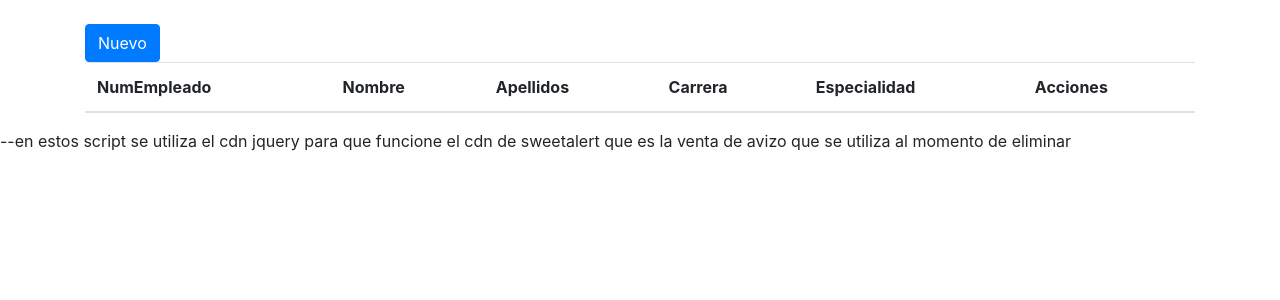
Repository: joseadolfomartinezolvera/proyecto
Page: http://localhost/index
An editor plug-in stored every save of this project. The page is shown before and after the next save, followed by the edit.
The browser window is 1280 px wide. The pictures show the whole page.
The page is this project's Thymeleaf template; nobody is signed in. The template is opened directly, without the code that normally fills it, so the values that code supplies are empty.

Above is the page before, as saved 2020-03-10 01:32:46.

### CrudSpringBoot/src/main/resources/templates/index.html
<!DOCTYPE html>
<html xmls:th="http://www.thymeLeaf.org">
<head>
<meta charset="ISO-8859-1">
<title>Insert title here</title>
<link rel="stylesheet" href="https://stackpath.bootstrapcdn.com/bootstrap/4.4.1/css/bootstrap.min.css" integrity="sha384-Vkoo8x4CGsO3+Hhxv8T/Q5PaXtkKtu6ug5TOeNV6gBiFeWPGFN9MuhOf23Q9Ifjh" crossorigin="anonymous">
</head>
<body>
<div class="container mt-4">
<a th:href="@{/new}" class="btn btn-primary">Nuevo</a>
<table class="table">
<thead>
<tr>
<th>NumEmpleado</th>
<th>Nombre</th>
<th>Apellidos</th>
<th>Carrera</th>
<th>Especialidad</th>
<th>Acciones</th>
</tr>
</thead>
<tbody>
<tr th:each="profesor:${profesores}">
<td th:text="${profesor.id}"></td>
<td th:text="${profesor.nombre}"></td>
<td th:text="${profesor.apellidos}"></td>
<td th:text="${profesor.carrera}"></td>
<td th:text="${profesor.especialidad}"></td>
<td>
<a th:href="@{/editar/}+${profesor.id}" class="btn btn-warning">Editar</a>
<a th:onclick="eliminar([[${profesor.id}]])" class="btn btn-danger">Eliminar</a>
</td>
</tr>
</tbody>
</table>
</div>
--en estos script se utiliza el cdn jquery para que funcione el cdn de sweetalert que es la venta de avizo que se utiliza al momento de eliminar
<script src="https://code.jquery.com/jquery-3.4.1.js"></script>
<script src="https://unpkg.com/sweetalert/dist/sweetalert.min.js"></script>
<scrip src="funciones.js"></scrip>
</body>
</html>

After the next save:
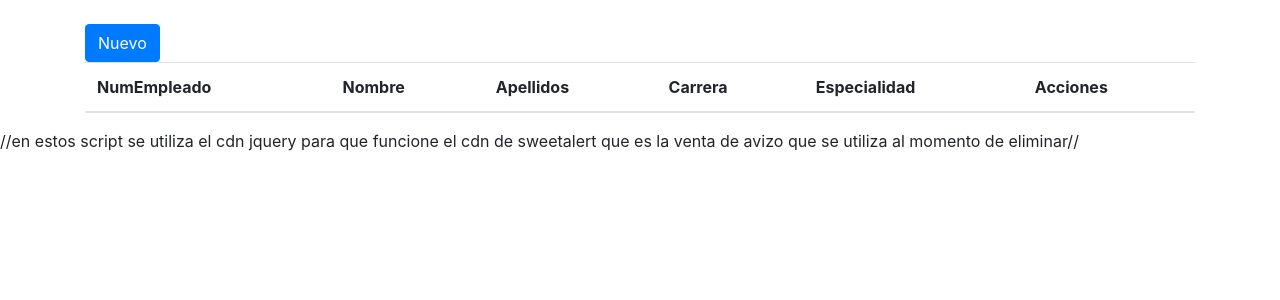
Saved 50 s later.
--- a/CrudSpringBoot/src/main/resources/templates/index.html
+++ b/CrudSpringBoot/src/main/resources/templates/index.html
@@ -34,7 +34,7 @@
 </tbody>
 </table>
 </div>
---en estos script se utiliza el cdn jquery para que funcione el cdn de sweetalert que es la venta de avizo que se utiliza al momento de eliminar
+//en estos script se utiliza el cdn jquery para que funcione el cdn de sweetalert que es la venta de avizo que se utiliza al momento de eliminar//
 <script src="https://code.jquery.com/jquery-3.4.1.js"></script>
 <script src="https://unpkg.com/sweetalert/dist/sweetalert.min.js"></script>
 <scrip src="funciones.js"></scrip>
